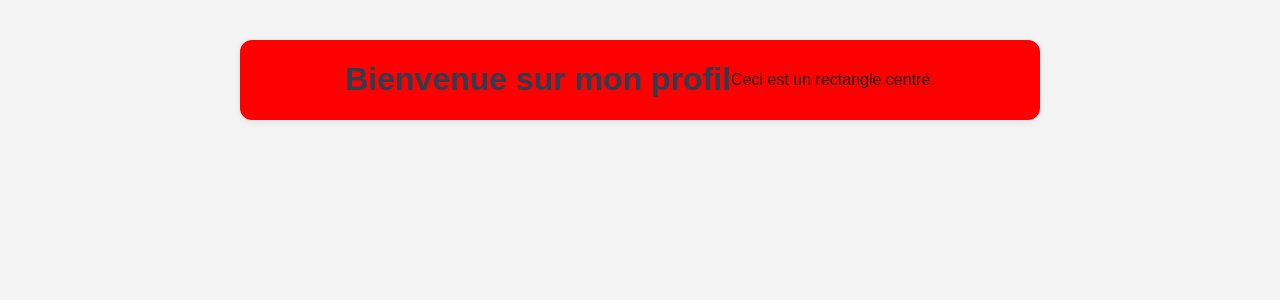
Repository: quadrinex/profile
Page: index.html
The author's editor kept a copy of each file at every save. The page is drawn from the files as they stood at one save, then again after the next save.
The browser window is 1280 px wide. The pictures show the whole page.

Above is the page before, as saved 2025-06-30 16:04:24.

### index.html
<!DOCTYPE html>
<html lang="fr">
<head>
    <meta charset="UTF-8">
    <meta name="viewport" content="width=device-width, initial-scale=1.0">
    <title>Mon Profil</title>
    <link rel="stylesheet" href="main.css">
</head>
<body>
    <!-- ...votre contenu ici... -->
    <div class="container">
        <h1>Bienvenue sur mon profil</h1>
        <p>Ceci est un rectangle centré.</p>
    </div>
</body>
</html>

### main.css
body {
    font-family: Arial, sans-serif;
    background: #f4f4f4;
    margin: 0;
    padding: 0;
    color: #222;
}

h1, h2, h3 {
    color: #2c3e50;
}

a {
    color: #3498db;
    text-decoration: none;
}

a:hover {
    text-decoration: underline;
}

.container {
    max-width: 800px;
    margin: 40px auto;
    background: #ff0000;
    border-radius: 12px;
    box-shadow: 0 2px 8px rgba(0,0,0,0.08);
    display: flex;
    justify-content: center;
    align-items: center;
}

After the next save:
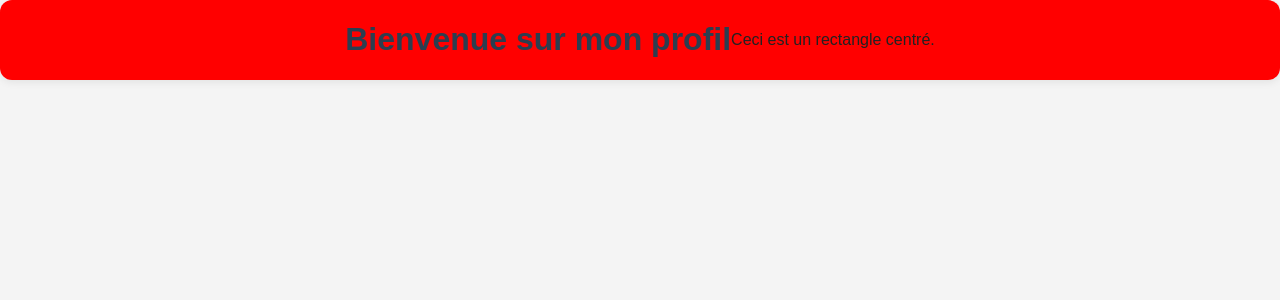
Saved 16 s later.
--- a/main.css
+++ b/main.css
@@ -20,8 +20,6 @@ a:hover {
 }
 
 .container {
-    max-width: 800px;
-    margin: 40px auto;
     background: #ff0000;
     border-radius: 12px;
     box-shadow: 0 2px 8px rgba(0,0,0,0.08);
